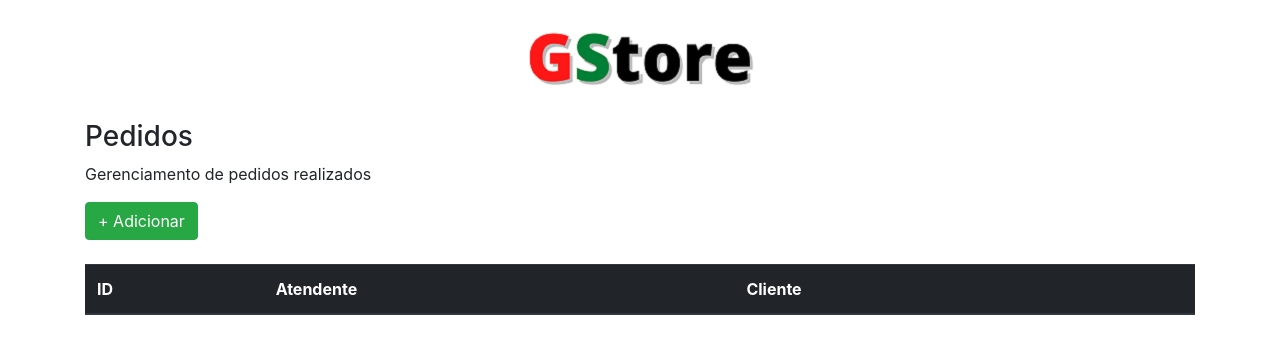
Repository: ElizeusRamos/gstore
Page: http://localhost/GStoreWeb/PedidoController
The author's editor kept a copy of each file at every save. The page is drawn from the files as they stood at one save, then again after the next save.
The browser window is 1280 px wide. The pictures show the whole page.
The page is served by Tomcat 9.

Above is the page before, as saved 2022-06-13 20:19:53.

After the next save:
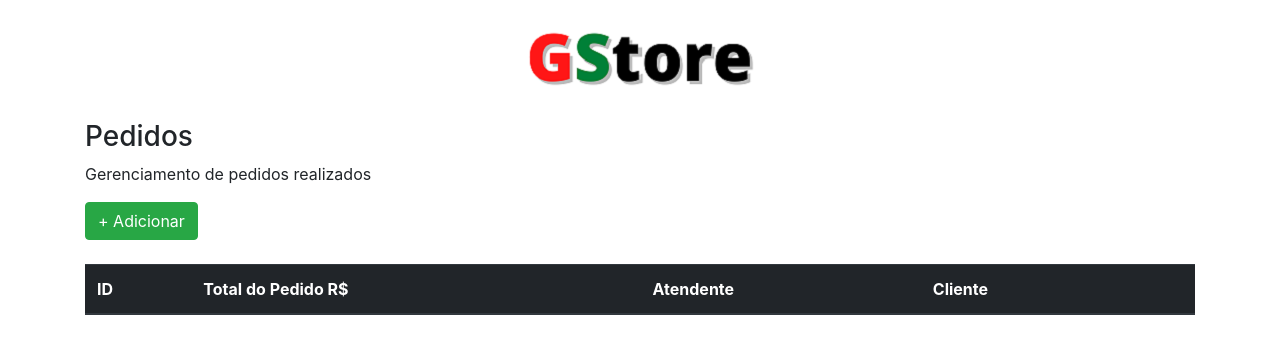
Saved 39 s later.
--- a/GStoreWorkspace/GStoreWeb/WebContent/WEB-INF/Pedido.jsp
+++ b/GStoreWorkspace/GStoreWeb/WebContent/WEB-INF/Pedido.jsp
@@ -32,15 +32,34 @@
 				<thead>
 					<tr>
 						<th scope="col">ID</th>
+						<th scope="col">Total do Pedido R$</th>
 						<th scope="col">Atendente</th>
 						<th scope="col">Cliente</th>
 						<th scope="col"></th>
 					</tr>
 				</thead>
 				<tbody>
-					<tr>
+					<c:forEach var="it" items="${lista}" varStatus="contador">
+						<tr>
+							<td><c:out value="${it.codigo}"/></td>
+							<td><c:out value="${it.totalPedido}"/></td>
+							<td><c:out value="${it.vendedor}"/></td>
+							<td><c:out value="${it.cliente}"/></td>
+							<td>
+								<button class="btn btn-secondary"
+									data-toggle="modal" data-target="#alterarModal"
+									onclick="onUpdate('${it.codigo}', '${it.nome}', '${it.descricao}', '${it.ativo}')">
+									Alterar
+								</button>
 
-					</tr>
+								<button class="btn btn-info"
+									data-toggle="modal" data-target="#excluirModal"
+									onclick="onReadDelete('${it.codigo}', '${it.nome}', '${it.descricao}', '${it.ativo}')">
+									Consultar
+								</button>
+							</td>
+						</tr>
+					</c:forEach>
 				</tbody>
 			</table>
 		</div>
